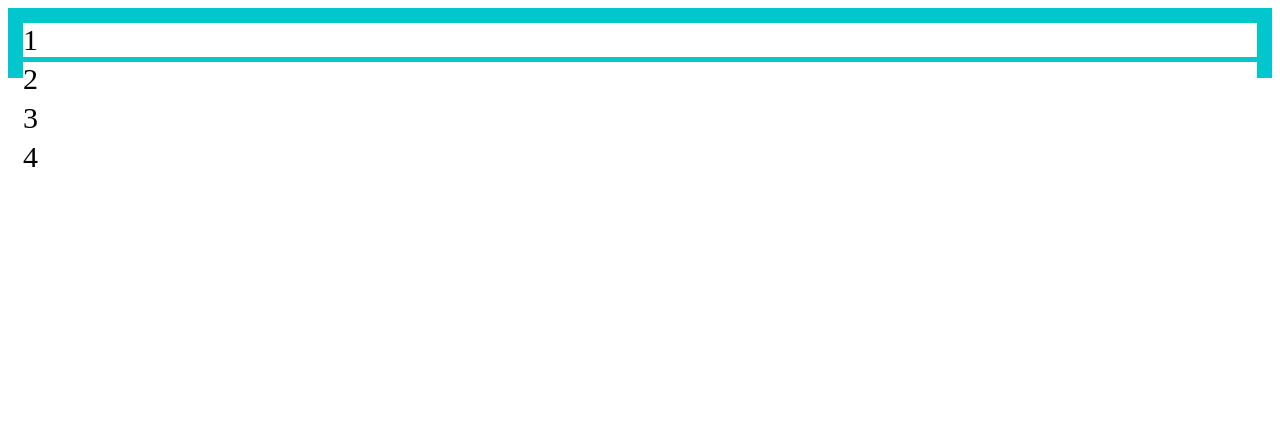
Repository: yonbok/flex
Page: flex/flex.html
The author's editor kept a record of every edit. The page is drawn from the files as they stood at one moment, then again after the next edit.
The browser window is 1280 px wide. The pictures show the whole page.

Above is the page before.

### flex/flex.html
<!DOCTYPE html>
<html lang="ja">
  <head>
    <meta charset="UTF-8" />
    <link rel="stylesheet" href="style.css"  />
    <title>flexbox</title>
  </head>
  <body>
    <div class="flex">
      <div>1</div>
      <div>2</div>
      <div>3</div>
      <div>4</div>
    </div>
  </body>
</html>

### flex/style.css
.flex {
  background-color: #00c7ce;
  height: 50px;
  padding: 10px;
}

.flex > div {
  background-color: #fff;
  margin: 5px;
  font-size: 30px;
}

After the next edit:
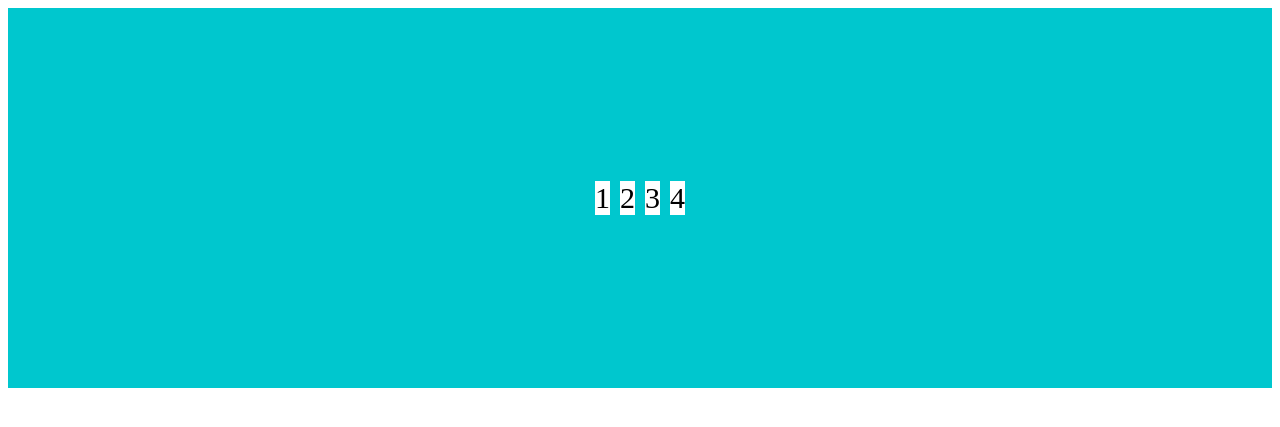
The edit:
--- a/flex/style.css
+++ b/flex/style.css
@@ -1,7 +1,10 @@
 .flex {
   background-color: #00c7ce;
-  height: 50px;
+  height: 50vh;
   padding: 10px;
+  display: flex;
+  justify-content: center;
+  align-items: center;
 }
 
 .flex > div {
